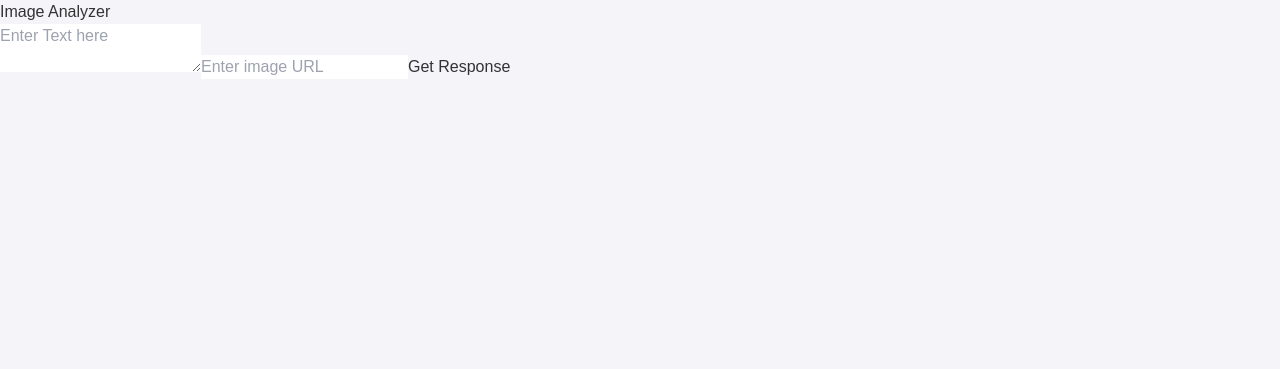
Repository: sunny-solanki/nextjs-gpt4o-image-analyzer
Page: /vision
The author's editor kept a copy of each file at every save. The page is drawn from the files as they stood at one save, then again after the next save.
The browser window is 1280 px wide. The pictures show the whole page.
The project was rebuilt for these pictures with package versions that can differ from the ones it lists, and the page was loaded fresh each time. The framework's server and built-in components were replaced by stand-ins that run in the browser. Also part of the build but not shown: next.config.mjs.

Above is the page before, as saved 2024-12-29 23:20:26.

### src/app/vision/page.js
"use client";
import { useState } from "react";
import { useFormik } from "formik";
import * as Yup from "yup";
import { FaSpinnner, FaCheckCircle, FaExclamationCircle } from "react-icons/fa";

const Vision = () => {
    const [loading, setLoading ] = useState(false);
    const [error, setError ] = useState(null);
    const [response, setResponse ] = useState(null);

    const formik = useFormik({
        initialValues:{
            text: "",
            image_url: "",
        },
        validationSchema:Yup.object({
            text: Yup.string().required("Text is required"),
            image_url:Yup.string().url("Invalid URL").required("Image URL is required"),
        }),
        onSubmit: async (values) => {
            setLoading(true), setError(null), setResponse(null);
            try{
                const res = await fetch('/api/vision', {
                    method: 'POST',
                    headers: {
                        'Content-Type': 'application/json',
                    }
                    ,
                    body:JSON.stringify(values)

                })
            if(!res.ok){
                throw new Error("Failed to fetch the response");
            }
            const data = await res.json();
            setResponse(data);
            }
            catch(error){
                setError(error.message)
            }finally{
                setLoading(false);
            }
        },
    });

  return (
    <div>
        <h1>Image Analyzer</h1>
        <form onSubmit={formik.handleSubmit}>
            <textarea name="text" placeholder="Enter Text here" {...formik.getFieldProps("text")}></textarea>
            <input name="image_url" {...formik.getFieldProps("image_url")} placeholder="Enter image URL"/>
            <button type="submit">Get Response</button>
        </form>
        {response &&(
            <div>
                <h2>Response</h2>
                {response?.message?.content && (
                    <p>{response?.message?.content}</p>
                )}
                {formik?.values?.image_url && (
                    <img src={formik?.values?.image_url} />
                )}
            </div>


        )}
    </div>
  )
};

export default Vision

### src/app/globals.css
@tailwind base;
@tailwind components;
@tailwind utilities;

/* Global styles (add these to your global CSS file) */
body {
    font-family: Arial, sans-serif;
    margin: 0;
    padding: 0;
    background-color: #f4f4f9; /* Light gray background for contrast */
    color: #333;
  }

  /* Header Section (Welcome Message) */
  .header {
    text-align: center;
    padding: 60px 20px;
    background-color: #0070f3; /* Blue background */
    color: white;
  }

  .header h1 {
    font-size: 2.5rem;
    margin-bottom: 10px;
  }

  .header p {
    font-size: 1.2rem;
  }

  .header button {
    margin-top: 20px;
    padding: 10px 20px;
    background-color: white;
    color: #0070f3;
    border: none;
    border-radius: 5px;
    font-size: 1rem;
    cursor: pointer;
  }

  .header button:hover {
    background-color: #e6e6e6;
  }

  /* Tools Used Section */
  .tools {
    text-align: center;
    padding: 40px 20px;
    background-color: white;
  }

  .tools h2 {
    font-size: 2rem;
    margin-bottom: 20px;
  }

  .tool-card {
    display: inline-block;
    width: 200px;
    margin: 20px;
    text-align: center;
  }

  .tool-card img {
    max-width: 60px;
    margin-bottom: 10px;
  }

  .tool-card p {
    font-size: 1rem;
  }

  /* Form Section */
  .form-container {
    margin: 40px auto;
    padding: 20px;
    max-width: 400px;
    background-color: white;
    box-shadow: 0px 4px 6px rgba(0, 0, 0, 0.1);
    border-radius: 8px;
  }

  .form-container h3 {
    text-align: center;
    font-size: 1.5rem;
    margin-bottom: 20px;
  }

  .form-container input,
  .form-container textarea {
    width: 100%;
    margin-bottom: 15px;
    padding: 10px;
    font-size: 1rem;
    border: 1px solid #ccc;
    border-radius: 4px;
  }

  .form-container button {
    width: 100%;
    padding: 10px;
    background-color: #0070f3;
    color: white;
    font-size: 1rem;
    border: none;
    border-radius: 5px;
    cursor: pointer;
  }

  .form-container button:hover {
    background-color: #005bb5;
  }

  /* Response Section */
  .response {
    margin: 20px auto;
    padding: 20px;
    max-width: 400px;
    background-color: #f9f9f9;
    border: 1px solid #ddd;
    border-radius: 8px;
  }

  .response h4 {
    font-size: 1.2rem;
    margin-bottom: 10px;
  }

  .response img {
    width: 100%;
    border-radius: 4px;
  }

Loaded but not shown: src/app/layout.js (common file); tailwind.config.mjs (common file)

After the next save:
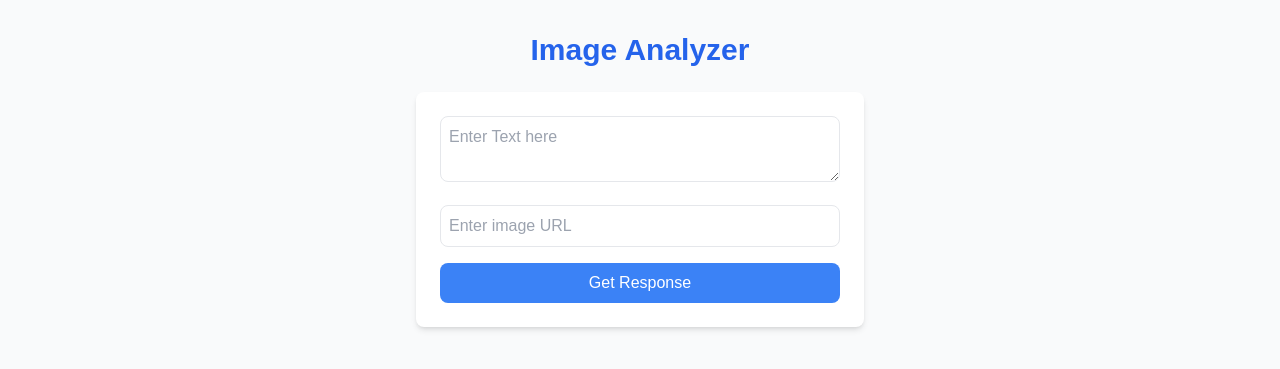
Saved 19 h 53 min later.
--- a/src/app/vision/page.js
+++ b/src/app/vision/page.js
@@ -2,71 +2,93 @@
 import { useState } from "react";
 import { useFormik } from "formik";
 import * as Yup from "yup";
-import { FaSpinnner, FaCheckCircle, FaExclamationCircle } from "react-icons/fa";
+import { FaSpinner, FaCheckCircle, FaExclamationCircle } from "react-icons/fa";
 
 const Vision = () => {
-    const [loading, setLoading ] = useState(false);
-    const [error, setError ] = useState(null);
-    const [response, setResponse ] = useState(null);
+    const [loading, setLoading] = useState(false);
+    const [error, setError] = useState(null);
+    const [response, setResponse] = useState(null);
 
     const formik = useFormik({
-        initialValues:{
+        initialValues: {
             text: "",
             image_url: "",
         },
-        validationSchema:Yup.object({
+        validationSchema: Yup.object({
             text: Yup.string().required("Text is required"),
-            image_url:Yup.string().url("Invalid URL").required("Image URL is required"),
+            image_url: Yup.string().url("Invalid URL").required("Image URL is required"),
         }),
         onSubmit: async (values) => {
             setLoading(true), setError(null), setResponse(null);
-            try{
+            try {
                 const res = await fetch('/api/vision', {
                     method: 'POST',
-                    headers: {
-                        'Content-Type': 'application/json',
-                    }
-                    ,
-                    body:JSON.stringify(values)
-
-                })
-            if(!res.ok){
-                throw new Error("Failed to fetch the response");
-            }
-            const data = await res.json();
-            setResponse(data);
-            }
-            catch(error){
-                setError(error.message)
-            }finally{
+                    headers: { 'Content-Type': 'application/json' },
+                    body: JSON.stringify(values),
+                });
+                if (!res.ok) {
+                    throw new Error("Failed to fetch the response");
+                }
+                const data = await res.json();
+                setResponse(data);
+            } catch (error) {
+                setError(error.message);
+            } finally {
                 setLoading(false);
             }
         },
     });
 
-  return (
-    <div>
-        <h1>Image Analyzer</h1>
-        <form onSubmit={formik.handleSubmit}>
-            <textarea name="text" placeholder="Enter Text here" {...formik.getFieldProps("text")}></textarea>
-            <input name="image_url" {...formik.getFieldProps("image_url")} placeholder="Enter image URL"/>
-            <button type="submit">Get Response</button>
-        </form>
-        {response &&(
-            <div>
-                <h2>Response</h2>
-                {response?.message?.content && (
-                    <p>{response?.message?.content}</p>
-                )}
-                {formik?.values?.image_url && (
-                    <img src={formik?.values?.image_url} />
-                )}
-            </div>
+    return (
+        <div className="min-h-screen bg-gray-50 flex flex-col items-center py-8">
+            <h1 className="text-3xl font-bold text-blue-600 mb-6">Image Analyzer</h1>
+            <form
+                onSubmit={formik.handleSubmit}
+                className="bg-white p-6 rounded-lg shadow-md w-full max-w-md"
+            >
+                <textarea
+                    name="text"
+                    placeholder="Enter Text here"
+                    {...formik.getFieldProps("text")}
+                    className="w-full p-2 border rounded-lg mb-4"
+                ></textarea>
+                <input
+                    name="image_url"
+                    {...formik.getFieldProps("image_url")}
+                    placeholder="Enter image URL"
+                    className="w-full p-2 border rounded-lg mb-4"
+                />
+                <button
+                    type="submit"
+                    className="w-full bg-blue-500 text-white py-2 rounded-lg hover:bg-blue-600"
+                >
+                    {loading ? <FaSpinner className="animate-spin inline" /> : "Get Response"}
+                </button>
+            </form>
 
+            {error && (
+                <div className="mt-4 text-red-500 flex items-center">
+                    <FaExclamationCircle className="mr-2" /> {error}
+                </div>
+            )}
 
-        )}
-    </div>
-  )
+            {response && (
+                <div className="mt-8 bg-white p-6 rounded-lg shadow-md w-full max-w-md">
+                    <h2 className="text-lg font-semibold text-gray-700">Response</h2>
+                    {response?.message?.content && (
+                        <p className="mt-2 text-gray-600">{response?.message?.content}</p>
+                    )}
+                    {formik?.values?.image_url && (
+                        <img
+                            src={formik?.values?.image_url}
+                            alt="Analyzed"
+                            className="mt-4 w-full rounded-lg"
+                        />
+                    )}
+                </div>
+            )}
+        </div>
+    );
 };
 
-export default Vision
+export default Vision;
